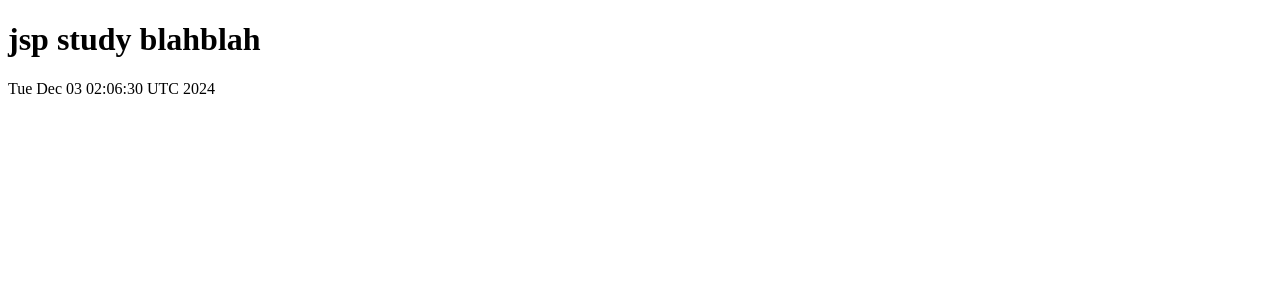
Repository: munjungbae/JspStudy
Page: http://localhost/jspStudy/welcome.jsp
An editor plug-in stored every save of this project. The page is shown before and after the next save, followed by the edit.
The browser window is 1280 px wide. The pictures show the whole page.
The page is served by Tomcat 9.

Above is the page before, as saved 2024-12-03 02:15:46.

After the next save:
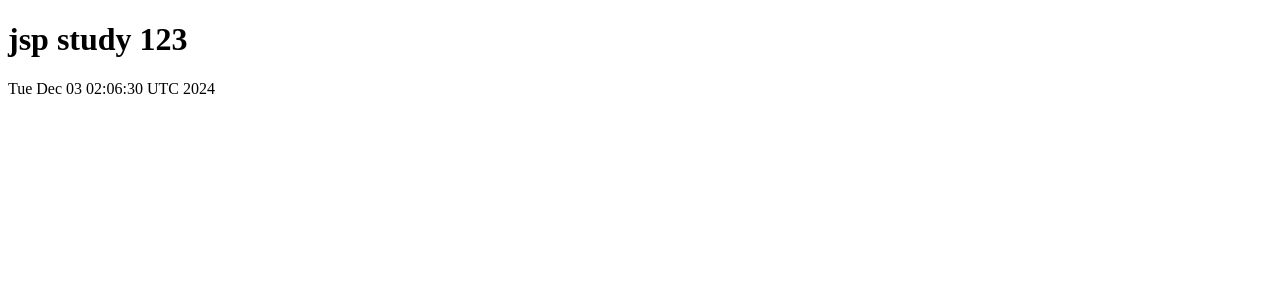
Saved 10 min 37 s later.
--- a/jspStudy/src/main/webapp/welcome.jsp
+++ b/jspStudy/src/main/webapp/welcome.jsp
@@ -8,7 +8,7 @@
 <title>Insert title here</title>
 </head>
 <body>
-	<h1>jsp study blahblah</h1>
+	<h1>jsp study 123</h1>
 	<%= new java.util.Date() %>
 </body>
 </html>
